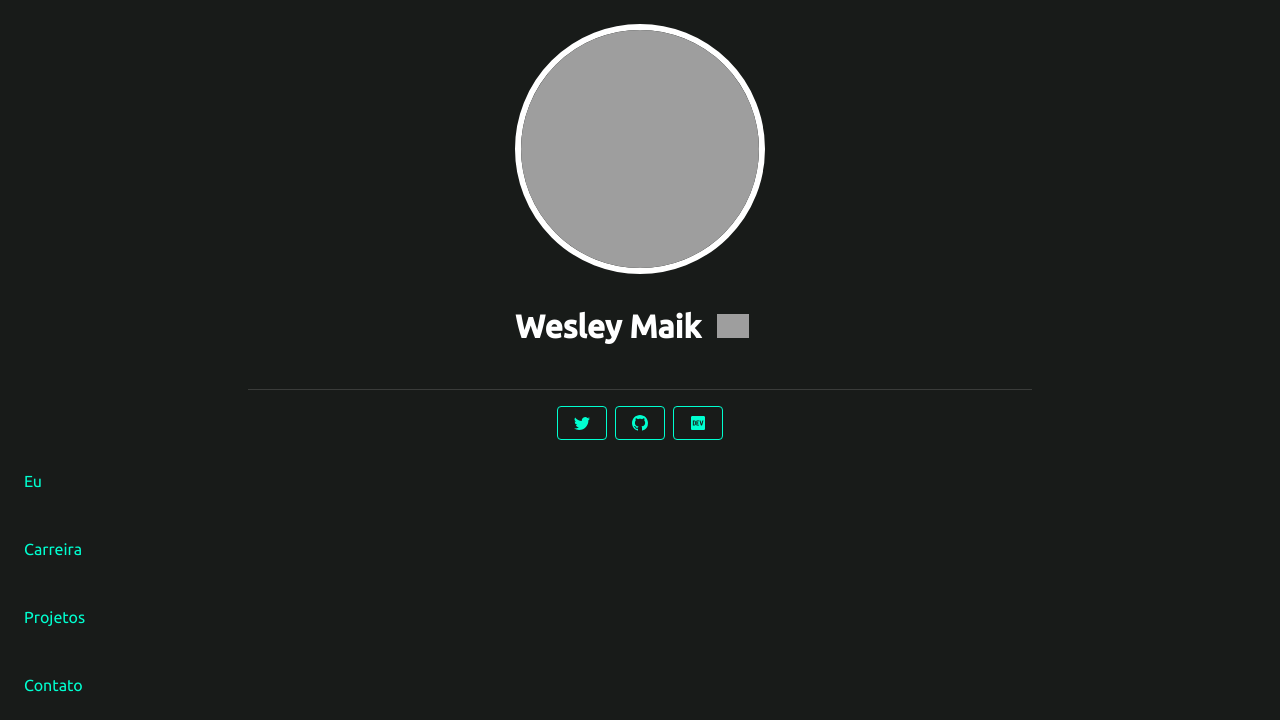
Repository: WesleyMaik/wesleymaik.github.io
Page: /
The author's editor kept a copy of each file at every save. The page is drawn from the files as they stood at one save, then again after the next save.
The browser window is 1280 px wide. The pictures show the whole page.
Pictures or frames that could not be fetched are drawn as grey boxes. The project was rebuilt for these pictures with package versions that can differ from the ones it lists, and the page was loaded fresh each time. Also part of the build but not shown: vite.config.ts.

Above is the page before, as saved 2022-08-08 09:22:58.

After the next save:
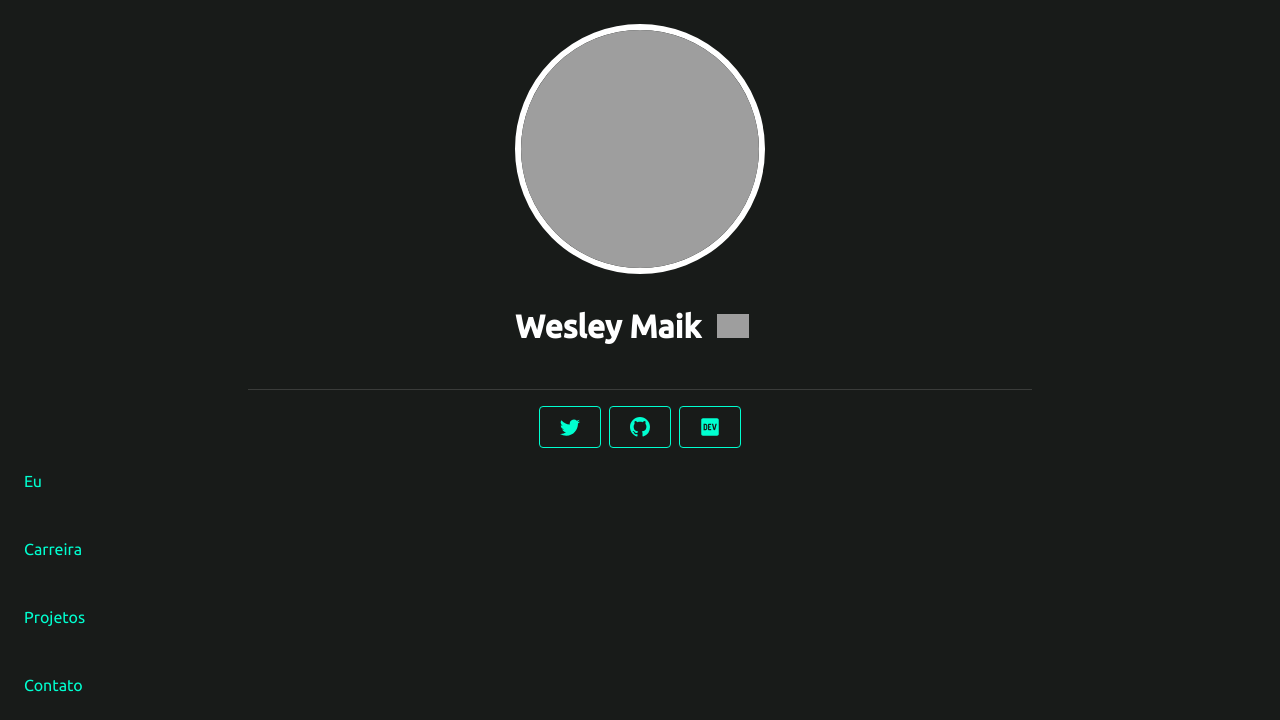
Saved 16 s later.
--- a/src/components/template/social.tsx
+++ b/src/components/template/social.tsx
@@ -26,6 +26,7 @@
             gap:0.5em;
 
             color:var(--color-primary);
+            font-size:1.25em;
 
             border:1px solid var(--color-primary);
             border-radius:4px;
